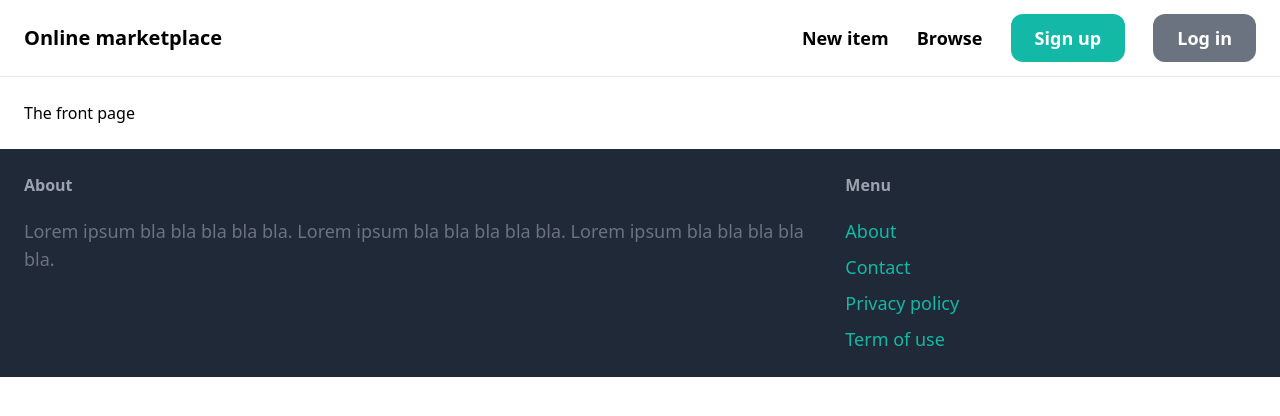
Repository: Anamikatiwari/Online_Market_Place
Page: http://localhost/
The author's editor kept a copy of each file at every save. The page is drawn from the files as they stood at one save, then again after a run of saves.
The browser window is 1280 px wide. The pictures show the whole page.
Some web libraries are served in a nearby version. The page is served by the project's application, run on Django 5.2 (manage.py).

Above is the page before, as saved 2024-09-05 12:28:25.

After the next 2 saves:
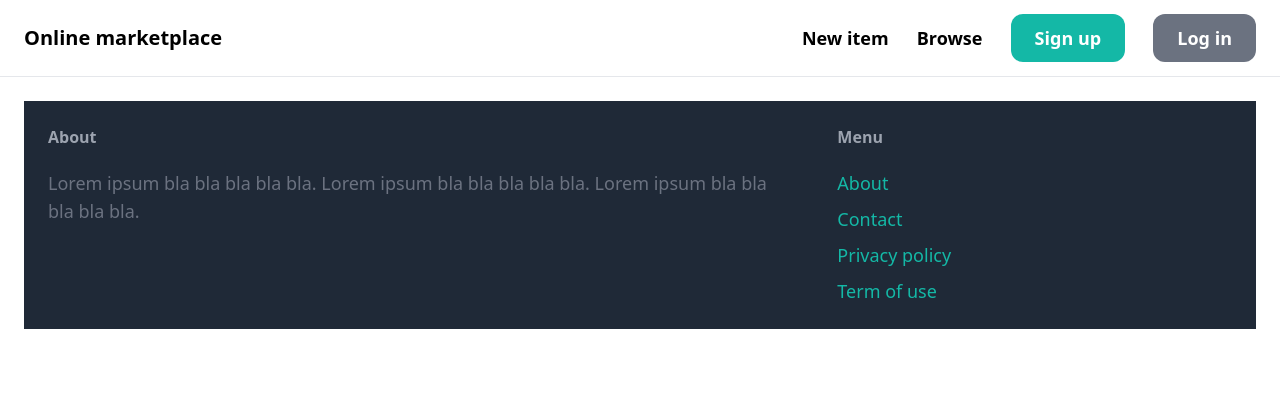
The 2 saves are shown as one change because they came seconds apart.
The last was saved 2 min 59 s later.
--- a/core/templates/core/index.html
+++ b/core/templates/core/index.html
@@ -3,5 +3,5 @@
 {% block title %}Welcome{% endblock title %}
 
 {% block content %}
-    <h1> The front page </h1>
+    <div
 {% endblock content %}
